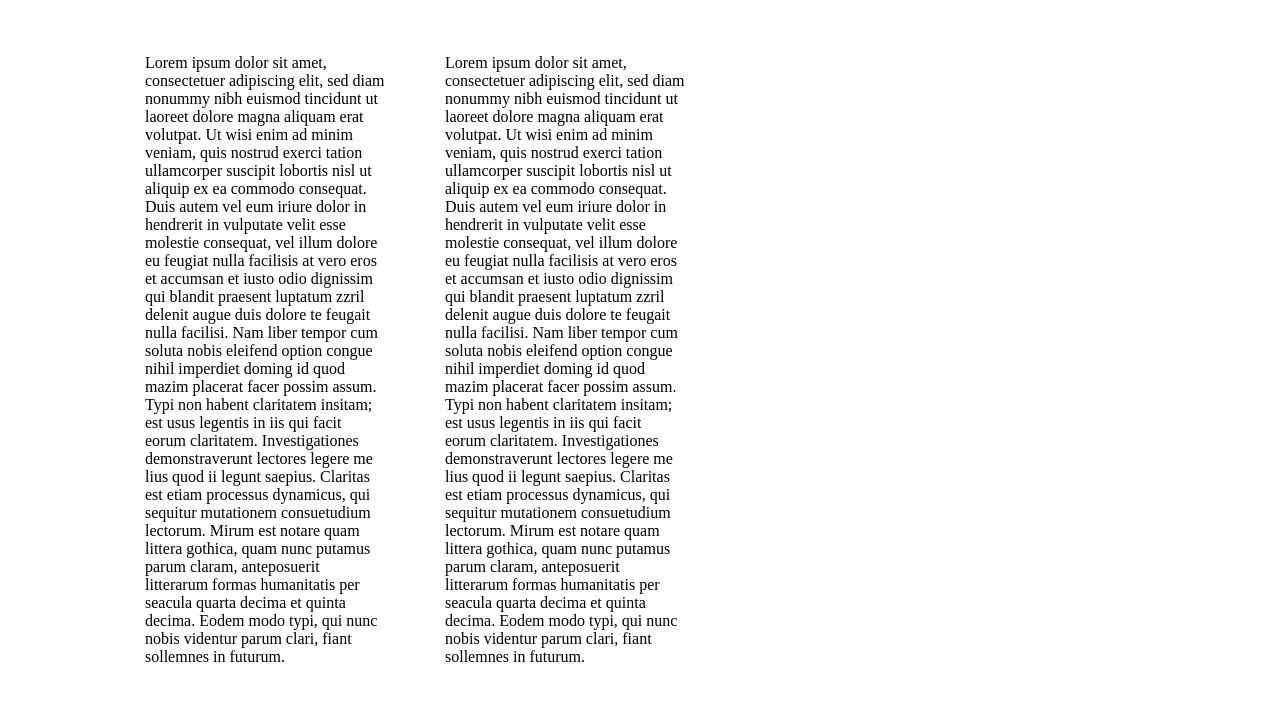
Repository: isiko1/the_importance_of_this
Page: index.html
The author's editor kept a record of every edit. The page is drawn from the files as they stood at one moment, then again after the next edit.
The browser window is 1280 px wide. The pictures show the whole page.

Above is the page before.

### index.html
<!DOCTYPE html>
<html lang="en">
<head>
    <meta charset="UTF-8">
    <meta name="viewport" content="width=device-width, initial-scale=1.0">
    <meta http-equiv="X-UA-Compatible" content="ie=edge">
    <link rel="stylesheet" href="style.css" type="text/css" />
    <script type="text/javascript" src="js/jquery-3.4.1.js"></script>
    <title>Document</title>
</head>
<body>
    <div id ="container">
        <div class="card">
            <p>Lorem ipsum dolor sit amet, consectetuer adipiscing elit,
            sed diam nonummy nibh euismod tincidunt ut laoreet dolore
            magna aliquam erat volutpat. Ut wisi enim ad minim veniam,
            quis nostrud exerci tation ullamcorper suscipit lobortis nisl
            ut aliquip ex ea commodo consequat. Duis autem vel eum iriure
            dolor in hendrerit in vulputate velit esse molestie consequat,
            vel illum dolore eu feugiat nulla facilisis at vero eros et
            accumsan et iusto odio dignissim qui blandit praesent luptatum
            zzril delenit augue duis dolore te feugait nulla facilisi.
            Nam liber tempor cum soluta nobis eleifend option congue
            nihil imperdiet doming id quod mazim placerat facer possim
            assum. Typi non habent claritatem insitam; est usus legentis
            in iis qui facit eorum claritatem. Investigationes
            demonstraverunt lectores legere me lius quod ii legunt saepius.
            Claritas est etiam processus dynamicus, qui sequitur mutationem
            consuetudium lectorum. Mirum est notare quam littera gothica,
            quam nunc putamus parum claram, anteposuerit litterarum formas
            humanitatis per seacula quarta decima et quinta decima. Eodem
            modo typi, qui nunc nobis videntur parum clari, fiant sollemnes
            in futurum.</p>
        </div>
        <div class="card">
            <p>Lorem ipsum dolor sit amet, consectetuer adipiscing elit,
            sed diam nonummy nibh euismod tincidunt ut laoreet dolore
            magna aliquam erat volutpat. Ut wisi enim ad minim veniam,
            quis nostrud exerci tation ullamcorper suscipit lobortis nisl
            ut aliquip ex ea commodo consequat. Duis autem vel eum iriure
            dolor in hendrerit in vulputate velit esse molestie consequat,
            vel illum dolore eu feugiat nulla facilisis at vero eros et
            accumsan et iusto odio dignissim qui blandit praesent luptatum
            zzril delenit augue duis dolore te feugait nulla facilisi.
            Nam liber tempor cum soluta nobis eleifend option congue
            nihil imperdiet doming id quod mazim placerat facer possim
            assum. Typi non habent claritatem insitam; est usus legentis
            in iis qui facit eorum claritatem. Investigationes
            demonstraverunt lectores legere me lius quod ii legunt saepius.
            Claritas est etiam processus dynamicus, qui sequitur mutationem
            consuetudium lectorum. Mirum est notare quam littera gothica,
            quam nunc putamus parum claram, anteposuerit litterarum formas
            humanitatis per seacula quarta decima et quinta decima. Eodem
            modo typi, qui nunc nobis videntur parum clari, fiant sollemnes
            in futurum.</p>
        </div>
    </div>
    <script type="text/javascript" src="js/script.js"></script>
</body>
</html>

### css/style.css
#container {
    display: flex; /* makes container a flexbox */
    flex-flow: row wrap; /* layout the rows and wrap them */
    box-sizing: border-box;
    margin-right: auto;
    margin-left: auto;
    max-width: 1050px;
}
.card {
    flex: 1; /* make contents controllable by flexbox */
    display:flex;
    flex-flow: column;
    max-width: 240px;
    margin: 10px;
    padding: 20px;
    background-color: #fff;
}
.makeRed {
    background-color: red;
}
.makeBlue {
    background-color: blue;
}

### js/script.js
$(document).ready(function(){
    $(".box").on("click", function(){
        /**
         * when we click on an element that has
         *a 'box' class, this event will be fired.
         */
        var classNames = $(this).attr("class").split(" ");
        var boxClass = classNames[0];
        var className = classNames[1];
        if($(this).css("background-color") == "rgb(255,0,0)") {
            //if this object is already red turn it black$
           $("." + className).css("background-color", "#000");
        } else {
            // Else turn all elements with a 'box' class black
            // and then change the colour of all elements
            // with the same class name as the clicked element
            // to red.
            $(". " + boxClass).css("background-color", "#000");
            $(". " + className).css("background-color", "red");
        }

    });
});

Loaded but not shown: js/jquery-3.4.1.js (library)

After the next edit:
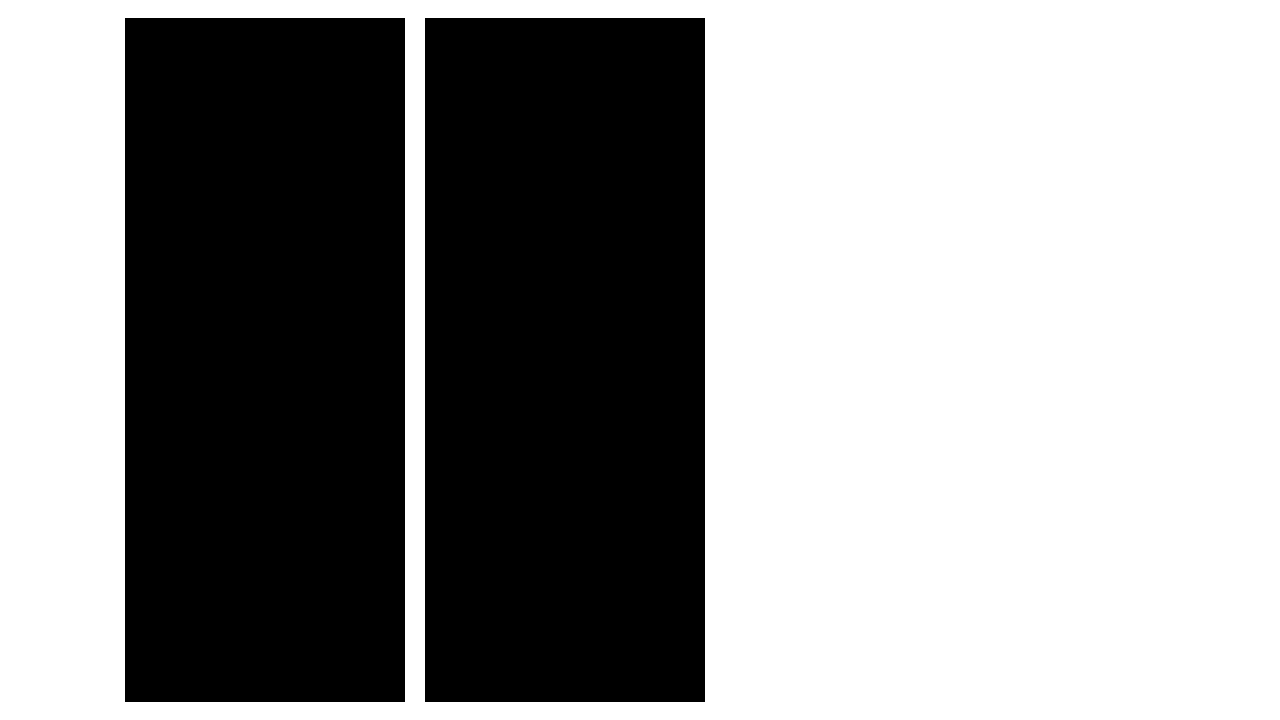
The edit:
--- a/css/style.css
+++ b/css/style.css
@@ -13,7 +13,7 @@
     max-width: 240px;
     margin: 10px;
     padding: 20px;
-    background-color: #fff;
+    background-color: #000;
 }
 .makeRed {
     background-color: red;
